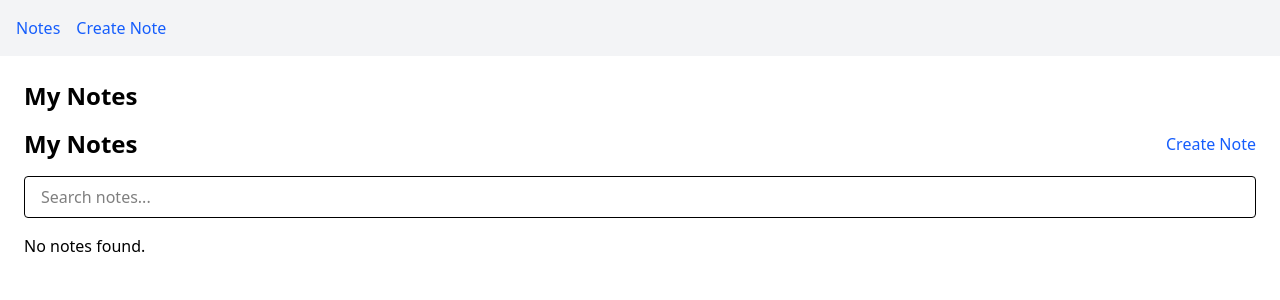
Repository: pin-seavmuy/NoteApplication
Page: / (app in note-vue/)
The author's editor kept a copy of each file at every save. The page is drawn from the files as they stood at one save, then again after the next save.
The browser window is 1280 px wide. The pictures show the whole page.
The page's requests for data from a server got no answer. The project was rebuilt for these pictures with package versions that can differ from the ones it lists, and the page was loaded fresh each time. No one was signed in, and anything a server would have sent is missing. Also part of the build but not shown: note-vue/vite.config.ts, note-vue/src/components/NoteWrapper.vue, note-vue/src/views/CreateNote.vue, note-vue/src/views/NoteDetail.vue, note-vue/src/views/UpdateNote.vue.

Above is the page before, as saved 2025-09-16 10:42:18.

### note-vue/src/main.ts
// import { createApp } from 'vue'
// import './style.css'
// import App from './App.vue'

// createApp(App).mount('#app')


import { createApp } from 'vue'
import App from './App.vue'
import router from './router'
import './style.css'

const app = createApp(App)
app.use(router)
app.mount('#app')

### note-vue/src/App.vue
<script setup lang="ts">
  import HelloWorld from './components/HelloWorld.vue'
  import NotesList from '../components/NotesList.vue'
</script>

<!-- <template>
  <div>
    <HelloWorld msg="Vite + Vue" />
    <NotesList />
  </div>
</template> -->

<template>
  <div>
    <nav class="p-4 bg-gray-100 flex space-x-4">
      <router-link to="/" class="text-blue-600 hover:underline">Notes</router-link>
      <router-link to="/create" class="text-blue-600 hover:underline">Create Note</router-link>
    </nav>

    <router-view />
  </div>
</template>

<style scoped>
</style>

### note-vue/src/router/index.ts
import { createRouter, createWebHistory } from 'vue-router'

import NotesList from '../views/NotesList.vue'
import CreateNote from '../views/CreateNote.vue'
import NoteDetail from '../views/NoteDetail.vue'
import UpdateNote from '../views/UpdateNote.vue'

const routes = [
  {
    path: '/',
    name: 'NotesList',
    component: NotesList,
  },
  {
    path: '/create',
    name: 'CreateNote',
    component: CreateNote,
  },
  {
    path: '/notes/:id',
    name: 'NoteDetail',
    component: NoteDetail,
    props: true,
  },
    {
    path: '/notes/:id/edit',
    name: 'UpdateNote',
    component: UpdateNote,
    props: true
    }
]

const router = createRouter({
  history: createWebHistory(),
  routes,
})

export default router

### note-vue/src/views/NotesList.vue
<template>
  <div class="p-6">
    <h1 class="text-2xl font-bold mb-4">My Notes</h1>
    <div class="flex items-center justify-between mb-4">
      <h1 class="text-2xl font-bold">My Notes</h1>
      <router-link
        to="/create"
        class="text-blue-600 hover:underline text-base"
      >
        Create Note
      </router-link>
    </div>


    <input
      v-model="search"
      type="text"
      placeholder="Search notes..."
      class="px-4 py-2 border rounded w-full mb-4"
    />

    <div v-if="loading">Loading...</div>
    <div v-else-if="filteredNotes.length === 0">No notes found.</div>

    <div
      v-else
      class="grid gap-4 grid-cols-1 sm:grid-cols-2 lg:grid-cols-3 xl:grid-cols-4"
    >
      <NoteWrapper
        v-for="note in filteredNotes"
        :key="note.id"
        :note="note"
      />
    </div>
  </div>
</template>

<script setup lang="ts">
import { ref, computed, onMounted } from 'vue'
import api from '../api/axios'
import NoteWrapper from '../components/NoteWrapper.vue'

interface Note {
  id: number
  title: string
  content: string | null
  createdAt: string
  updatedAt?: string | null
}

const notes = ref<Note[]>([])
const loading = ref(false)
const search = ref('')

async function fetchNotes() {
  loading.value = true
  try {
    const res = await api.get('/Notes')
    notes.value = res.data as Note[]
  } catch (error) {
    console.error('Error fetching notes:', error)
  } finally {
    loading.value = false
  }
}

const filteredNotes = computed(() =>
  notes.value.filter(note =>
    note.title.toLowerCase().includes(search.value.toLowerCase())
  )
)

onMounted(fetchNotes)
</script>

### note-vue/src/api/axios.ts
import axios from 'axios'

const api = axios.create({
  baseURL: 'http://localhost:5258/api',
})

export default api;

Loaded but not shown: note-vue/index.html (common file); note-vue/src/style.css (common file)

After the next save:
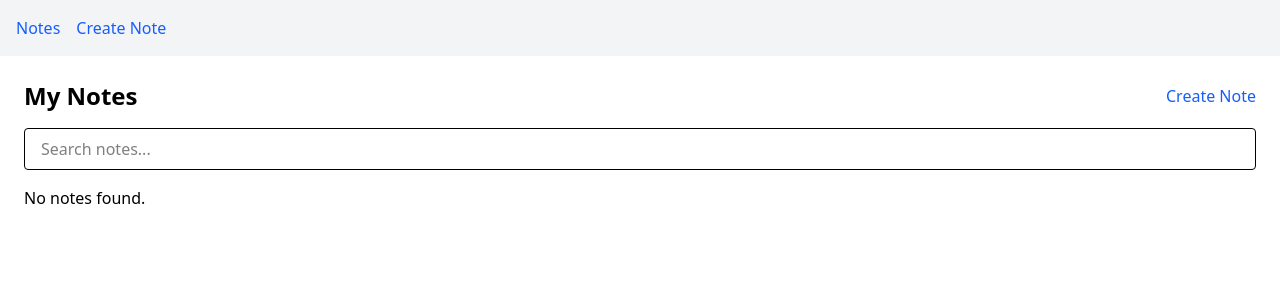
Saved 82 s later.
--- a/note-vue/src/views/NotesList.vue
+++ b/note-vue/src/views/NotesList.vue
@@ -1,6 +1,5 @@
 <template>
   <div class="p-6">
-    <h1 class="text-2xl font-bold mb-4">My Notes</h1>
     <div class="flex items-center justify-between mb-4">
       <h1 class="text-2xl font-bold">My Notes</h1>
       <router-link
